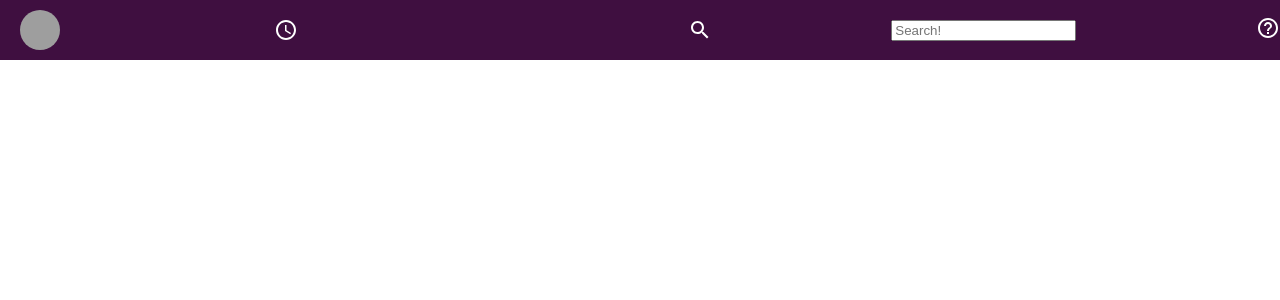
Repository: mminhaz93/React-Slack-Clone
Page: /
These files come from the project's save history. The page is drawn as it stood at one moment and after the next save; the edit follows.
The browser window is 1280 px wide. The pictures show the whole page.
Pictures or frames that could not be fetched are drawn as grey boxes. The project was rebuilt for these pictures with package versions that can differ from the ones it lists, and the page was loaded fresh each time.

Above is the page before, as saved 2020-08-13 20:09:43.

### src/App.js
import React from 'react';
import './App.css';
import Header from "./Header"

function App() {
  return (
    <div className="App">
      <Header />
    </div>
  );
}

export default App;

### src/Header.js
import React from "react";
import "./Header.css";
import { Avatar } from "@material-ui/core";
import { AccessTime, Search, HelpOutline } from "@material-ui/icons";

const Header = () => {
  return (
    <div className="header">
      <div className="headerLeft">
        <Avatar className="headerAvatar" alt="Safak" src="safak" />
        <AccessTime />
      </div>
      <div className="headerSearch"></div>
      <Search />
      <input placeholder="Search!" />
      <div className="headerRight">
        <HelpOutline />
      </div>
    </div>
  );
};

export default Header;

### src/Header.css
.header {
  display: flex;
  align-items: center;
  justify-content: space-between;
  padding: 10px 0;
  background-color: var(--slack-color);
  color: white;
}

.headerLeft {
  flex: 0.3;
  display: flex;
  align-items: center;
  margin-left: 20px;
}

.headerLeft > .MuiSvgIcon-root {
  margin-left: auto;
  margin-right: 30px;
}

Loaded but not shown: public/index.html (common file); src/index.js (common file); src/index.css (common file); src/serviceWorker.js (common file); src/App.css (common file)

After the next save:
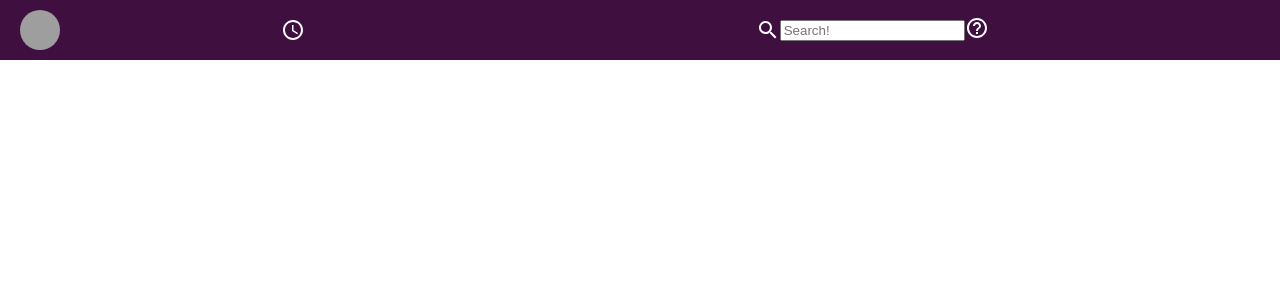
Saved 113 s later.
--- a/src/Header.css
+++ b/src/Header.css
@@ -18,3 +18,12 @@
   margin-left: auto;
   margin-right: 30px;
 }
+
+.headerSearch{
+    flex:0.4;
+
+}
+
+.headerRight{
+    flex: 0.3;
+}
